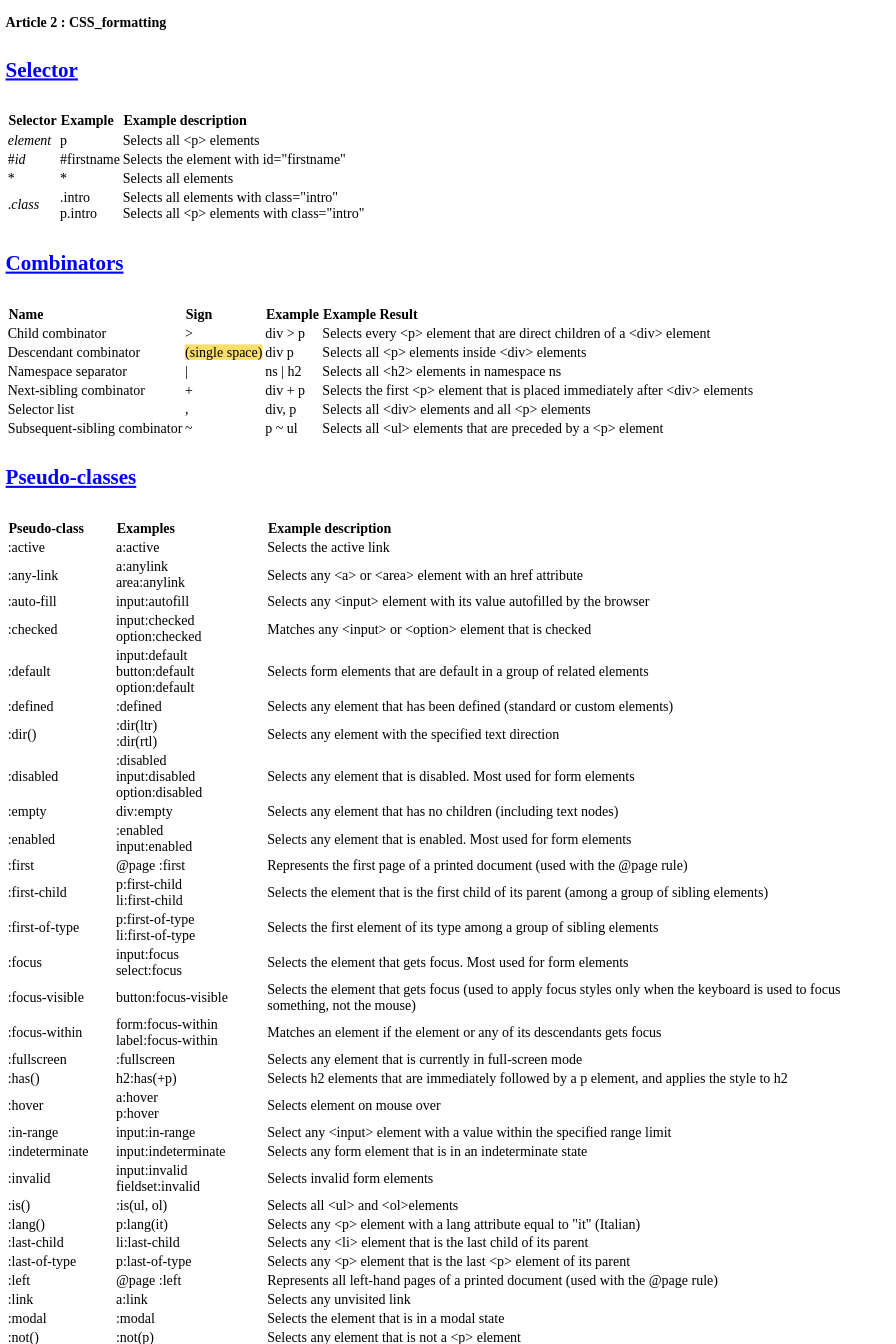
Repository: AnnaSpirit/2025_
Page: Bases/CSS_formatting.html
An editor plug-in stored every save of this project. The page is shown before and after the next save, followed by the edit.
The browser window is 1280 px wide. The pictures show the part of the page from y = 0 to 1920 px (the page is 3365 px tall before and 2464 px after), at 70% of full size.

Above is the page before, as saved 2025-01-09 14:23:37.

### Bases/CSS_formatting.html
<!DOCTYPE html>
<html lang="en">
<head>
	<meta charset="UTF-8">
	<meta name="viewport" content="width=device-width, initial-scale=1.0">
	<title>CSS_formatting</title>
	<style>
		*{
			font-size: 20px;
		}
		th{
		table-layout: auto;
		display: table-cell;
		vertical-align: middle;
		font-weight: bold;
		padding: 2px;
		text-align:justify;
		font-size: 20px;
		}
		.subSection{
			color: blue;
			font-weight: bold;
			text-decoration: underline;
			font-size: 30px;
		}
		mark{
			background-color: rgb(250, 222, 108);
		}
	</style>
</head>
<body>
<h3>Article 2 : CSS_formatting</h3>
<h4 class = "subSection">Selector</h4>
<table>
<tr>
	<th>Selector</th>
	<th>Example</th>
	<th>Example description</th>
</tr>
<tr>
	<td><i>element</i></td>
	<td>p</td>
	<td>Selects all &lt;p&gt; elements</td>
</tr>
<tr>
	<td>#<i>id</i></td>
	<td>#firstname</td>
	<td>Selects the element with id="firstname"</td>
</tr>
<tr>
	<td>*</td>
	<td>*</td>
	<td>Selects all elements</td>
</tr>
<tr>
	<td>.<i>class</i></td>
	<td>.intro<br>p.intro</td>
	<td>Selects all elements with class="intro"<br>Selects all &lt;p&gt; elements with class="intro"
	</td>
</tr>
</table>
<h4 class = "subSection">Combinators</h4>
<table>
<tbody>
	<tr>
		<th>Name</th>
		<th>Sign</th>
		<th>Example</th>
		<th>Example Result</th>
	</tr>
	<tr>
		<td>Child combinator</td>
		<td>&gt;</td>
		<td>div &gt; p</td>
		<td>Selects every &lt;p&gt; element that are direct children of a &lt;div&gt; element</td>
	</tr>
	<tr>
		<td>Descendant combinator</td>
		<td><mark>(single space)</mark></td>
		<td>div p</td>
		<td>Selects all &lt;p&gt; elements inside &lt;div&gt; elements</td>
	</tr>
	<tr>
		<td>Namespace separator</td>
		<td>|</td>
		<td>ns | h2</td>
		<td>Selects all &lt;h2&gt; elements in namespace ns</td>
	</tr>
	<tr>
		<td>Next-sibling combinator</td>
		<td>+</td>
		<td>div + p</td>
		<td>Selects the first &lt;p&gt; element that is placed immediately after &lt;div&gt; elements</td>
	</tr>
	<tr>
		<td>Selector list</td>
		<td>,</td>
		<td>div, p</td>
		<td>Selects all &lt;div&gt; elements and all &lt;p&gt; elements</td>
	</tr>
	<tr>
		<td>Subsequent-sibling combinator</td>
		<td>~</td>
		<td>p ~ ul</td>
		<td>Selects all &lt;ul&gt; elements that are preceded by a &lt;p&gt; element</td>
	</tr>
</tbody>
</table>
<h4 class = "subSection">Pseudo-classes</h4>
<table>
<tr>
	<th>Pseudo-class</th>
	<th>Examples</th>
	<th>Example description</th>
</tr>
<tr>
	<td>:active</td>
	<td>a:active</td>
	<td>Selects the active link</td>
</tr>
<tr>
	<td>:any-link</td>
	<td>a:anylink<br>area:anylink</td>
	<td>Selects any &lt;a&gt; or &lt;area&gt; element with an href attribute</td>
</tr>
<tr>
	<td>:auto-fill</td>
	<td>input:autofill</td>
	<td>Selects any &lt;input&gt; element with its value autofilled by the
		browser</td>
</tr>
<tr>
	<td>:checked</td>
	<td>input:checked<br>option:checked</td>
	<td>Matches any &lt;input&gt; or &lt;option&gt; element that is checked</td>
</tr>
<tr>
	<td>:default</td>
	<td>input:default<br>button:default<br>option:default</td>
	<td>Selects form elements that are default in a group of related elements</td>
</tr>
<tr>
	<td>:defined</td>
	<td>:defined</td>
	<td>Selects any element that has been defined (standard or custom
		elements)</td>
</tr>
<tr>
	<td>:dir()</td>
	<td>:dir(ltr)<br>:dir(rtl)</td>
	<td>Selects any element with the specified text direction</td>
</tr>
<tr>
	<td>:disabled</td>
	<td>:disabled<br>input:disabled<br>option:disabled</td>
	<td>Selects any element that is disabled. Most used for form elements</td>
</tr>
<tr>
	<td>:empty</td>
	<td>div:empty</td>
	<td>Selects any element that has no children (including text nodes)</td>
</tr>
<tr>
	<td>:enabled</td>
	<td>:enabled<br>input:enabled</td>
	<td>Selects any element that is enabled. Most used for form elements</td>
</tr>
<tr>
	<td>:first</td>
	<td>@page :first</td>
	<td>Represents the first page of a printed document (used with the @page
		rule)</td>
</tr>
<tr>
	<td>:first-child</td>
	<td>p:first-child<br>li:first-child</td>
	<td>Selects the element that is the first child of its parent (among a group
		of sibling elements)</td>
</tr>
<tr>
	<td>:first-of-type</td>
	<td>p:first-of-type<br>li:first-of-type</td>
	<td>Selects the first element of its type among a group of sibling elements</td>
</tr>
<tr>
	<td>:focus</td>
	<td>input:focus<br>select:focus</td>
	<td>Selects the element that gets focus. Most used for form elements</td>
</tr>
<tr>
	<td>:focus-visible</td>
	<td>button:focus-visible</td>
	<td>Selects the element that gets focus (used to apply focus styles only
		when the keyboard is used to focus something, not the mouse)</td>
</tr>
<tr>
	<td>:focus-within</td>
	<td>form:focus-within<br>label:focus-within</td>
	<td>Matches an element if the element or any of its descendants gets focus</td>
</tr>
<tr>
	<td>:fullscreen</td>
	<td>:fullscreen</td>
	<td>Selects any element that is currently in full-screen mode</td>
</tr>
<tr>
	<td>:has()</td>
	<td>h2:has(+p)</td>
	<td>Selects h2 elements that are immediately followed by a p element, and
		applies the style to h2</td>
</tr>
<tr>
	<td>:hover</td>
	<td>a:hover<br>p:hover</td>
	<td>Selects element on mouse over</td>
</tr>
<tr>
	<td>:in-range</td>
	<td>input:in-range</td>
	<td>Select any &lt;input&gt; element with a value within the specified range
		limit</td>
</tr>
<tr>
	<td>:indeterminate</td>
	<td>input:indeterminate</td>
	<td>Selects any form element that is in an indeterminate state</td>
</tr>
<tr>
	<td>:invalid</td>
	<td>input:invalid<br>fieldset:invalid</td>
	<td>Selects invalid form elements</td>
</tr>
<tr>
	<td>:is()</td>
	<td>:is(ul, ol)</td>
	<td>Selects all &lt;ul&gt; and &lt;ol&gt;elements</td>
</tr>
<tr>
	<td>:lang()</td>
	<td>p:lang(it)</td>
	<td>Selects any &lt;p&gt; element with a lang attribute equal to "it" (Italian)</td>
</tr>
<tr>
	<td>:last-child</td>
	<td>li:last-child</td>
	<td>Selects any &lt;li&gt; element that is the last child of its parent</td>
</tr>
<tr>
	<td>:last-of-type</td>
	<td>p:last-of-type</td>
	<td>Selects any &lt;p&gt; element that is the last &lt;p&gt; element of its parent</td>
</tr>
<tr>
	<td>:left</td>
	<td>@page :left</td>
	<td>Represents all left-hand pages of a printed document (used with the @page
		rule)</td>
</tr>
<tr>
	<td>:link</td>
	<td>a:link</td>
	<td>Selects any unvisited link</td>
</tr>
<tr>
	<td>:modal</td>
	<td>:modal</td>
	<td>Selects the element that is in a modal state</td>
</tr>
<tr>
	<td>:not()</td>
	<td>:not(p)</td>
	<td>Selects any element that is not a &lt;p&gt; element</td>
</tr>
<tr>
	<td>:nth-child()</td>
	<td>p:nth-child(2)</td>
	<td>Selects any &lt;p&gt; element that is the second child of its parent</td>
</tr>
<tr>
	<td>:nth-last-child()</td>
	<td>p:nth-last-child(2)</td>
	<td>Selects any &lt;p&gt; element that is the second child of its parent, counting from the
		end</td>
</tr>
<tr>
	<td>:nth-last-of-type()</td>
	<td>p:nth-last-of-type(2)</td>
	<td>Selects any &lt;p&gt; element that is the second &lt;p&gt; element of its parent, counting from the
		end</td>
</tr>
<tr>
	<td>:nth-of-type()</td>
	<td>p:nth-of-type(2)</td>
	<td>Selects any &lt;p&gt; element that is the second &lt;p&gt; element of its parent</td>
</tr>
<tr>
	<td>:only-child</td>
	<td>p:only-child</td>
	<td>Selects any &lt;p&gt; element that is the only child of its parent</td>
</tr>
<tr>
	<td>:only-of-type</td>
	<td>p:only-of-type</td>
	<td>Selects any &lt;p&gt; element that is the only &lt;p&gt; element of its parent</td>
</tr>
<tr>
	<td>:optional</td>
	<td>input:optional<br>select:optional<br>textarea:optional</td>
	<td>Selects any &lt;input&gt;, &lt;select&gt;, or &lt;textarea&gt; elements without
		a "required" attribute</td>
</tr>
<tr>
	<td>:out-of-range</td>
	<td>input:out-of-range</td>
	<td>Selects any &lt;input&gt; element with a value outside the specified range
		limit</td>
</tr>
<tr>
	<td>:placeholder-shown</td>
	<td>input:placeholder-shown<br>
		textarea:placeholder-shown</td>
	<td>Selects any &lt;input&gt; or &lt;textarea&gt; element that is currently displaying
		placeholder text</td>
</tr>
<tr>
	<td>:popover-open</td>
	<td>:popover-open</td>
	<td>Selects any element that is in a showing popover state</td>
</tr>
<tr>
	<td>:read-only</td>
	<td>input:read-only</td>
	<td>Selects input elements with the "readonly" attribute specified</td>
</tr>
<tr>
	<td>:read-write</td>
	<td>input:read-write</td>
	<td>Selects editable input elements</td>
</tr>
<tr>
	<td>:required</td>
	<td>input:required</td>
	<td>Selects input elements with the "required" attribute specified</td>
</tr>
<tr>
	<td>:right</td>
	<td>@page :right</td>
	<td>Represents all right-hand pages of a printed document (used with the @page
		rule)</td>
</tr>
<tr>
	<td>:root</td>
	<td>:root</td>
	<td>Selects the document's root element</td>
</tr>
<tr>
	<td>:scope</td>
	<td>:scope</td>
	<td>Selects elements that are a reference point, or scope, for selectors to
		match against</td>
</tr>
<tr>
	<td>:state()</td>
	<td>:state()</td>
	<td>Selects custom elements that have the specified custom state</td>
</tr>
<tr>
	<td>:target</td>
	<td>:target </td>
	<td>Selects the current active target element</td>
</tr>
<tr>
	<td>:user-invalid</td>
	<td>:user-invalid</td>
	<td>Selects any form element with an invalid value (after the user have
		interacted with it)</td>
</tr>
<tr>
	<td>:user-valid</td>
	<td>:user-valid</td>
	<td>Selects any form element with a valid value (after the user have
		interacted with it)</td>
</tr>
<tr>
	<td>:valid</td>
	<td>input:valid</td>
	<td>Selects all input elements with a valid value</td>
</tr>
<tr>
	<td>:visited</td>
	<td>a:visited<br>area:visited</td>
	<td>Selects all visited links</td>
</tr>
<tr>
	<td>:where()</td>
	<td>:where(ol, ul)</td>
	<td>Selects all &lt;ul&gt; and &lt;ol&gt;elements</td>
</tr>
</table>
<h4 class = "subSection">Pseudo-elements</h4>
<table>
	<tr>
		<th>Pseudo-element</th>
		<th>Example</th>
		<th>Example description</th>
	</tr>
	<tr>
		<td>::after</td>
		<td>p::after<br>div::after</td>
		<td>Inserts something after the content of the specified element</td>
	</tr>
	<tr>
		<td>::backdrop</td>
		<td>dialog::backdrop</td>
		<td>Styles the viewbox behind a dialog box or popover element</td>
	</tr>
	<tr>
		<td>::before</td>
		<td>p::before<br>div::before</td>
		<td>Inserts something before the content of the specified element</td>
	</tr>
	<tr>
		<td>::file-selector-button</td>
		<td>::file-selector-button</td>
		<td>Selects any button of type &lt;input type="file"&gt;</td>
	</tr>
	<tr>
		<td>::first-letter</td>
		<td>p::first-letter</td>
		<td>Selects the first letter of every &lt;p&gt; element</td>
	</tr>
	<tr>
		<td>::first-line</td>
		<td>p::first-line</td>
		<td>Selects the first line of every &lt;p&gt; element</td>
	</tr>
	<tr>
		<td>::grammar-error</td>
		<td>::grammar-error</td>
		<td>Styles a text that the browser has flagged as grammatically incorrect</td>
	</tr>
	<tr>
		<td>::highlight()</td>
		<td>::highlight(custom-name)</td>
		<td>Selects a custom highlight</td>
	</tr>
	<tr>
		<td>::marker</td>
		<td>::marker</td>
		<td>Selects the markers of list items</td>
	</tr>
	<tr>
		<td>::placeholder</td>
		<td>input::placeholder<br>textarea::placeholder</td>
		<td>Styles the placeholder text of &lt;input&gt; or &lt;textarea&gt; elements</td>
	</tr>
	<tr>
		<td>::selection</td>
		<td>::selection</td>
		<td>Styles the user-selected text</td>
	</tr>
	<tr>
		<td>::spelling-error</td>
		<td>::spelling-error</td>
		<td>Styles a text that the browser has flagged as incorrectly spelled</td>
	</tr>
	<tr>
		<td>::view-transition</td>
		<td>::view-transition</td>
		<td>Represents the root of the view transitions overlay, which contains all
			view transition on the page</td>
	</tr>
	<tr>
		<td>::view-transition-group</td>
		<td>::view-transition-group</td>
		<td>Represents a single view transition snapshot group</td>
	</tr>
	<tr>
		<td>::view-transition-image-pair</td>
		<td>::view-transition-image-pair</td>
		<td>Represents a container for a view transition's "old" and "new" view
			states - before and after the transition</td>
	</tr>
	<tr>
		<td>::view-transition-new</td>
		<td>::view-transition-new</td>
		<td>Represents the "new" view state of a view transition</td>
	</tr>
	<tr>
		<td>::view-transition-old</td>
		<td>::view-transition-old</td>
		<td>Represents the "old" view state of a view transition</td>
	</tr>
</tbody>
</table>
</body>
</html>

After the next save:
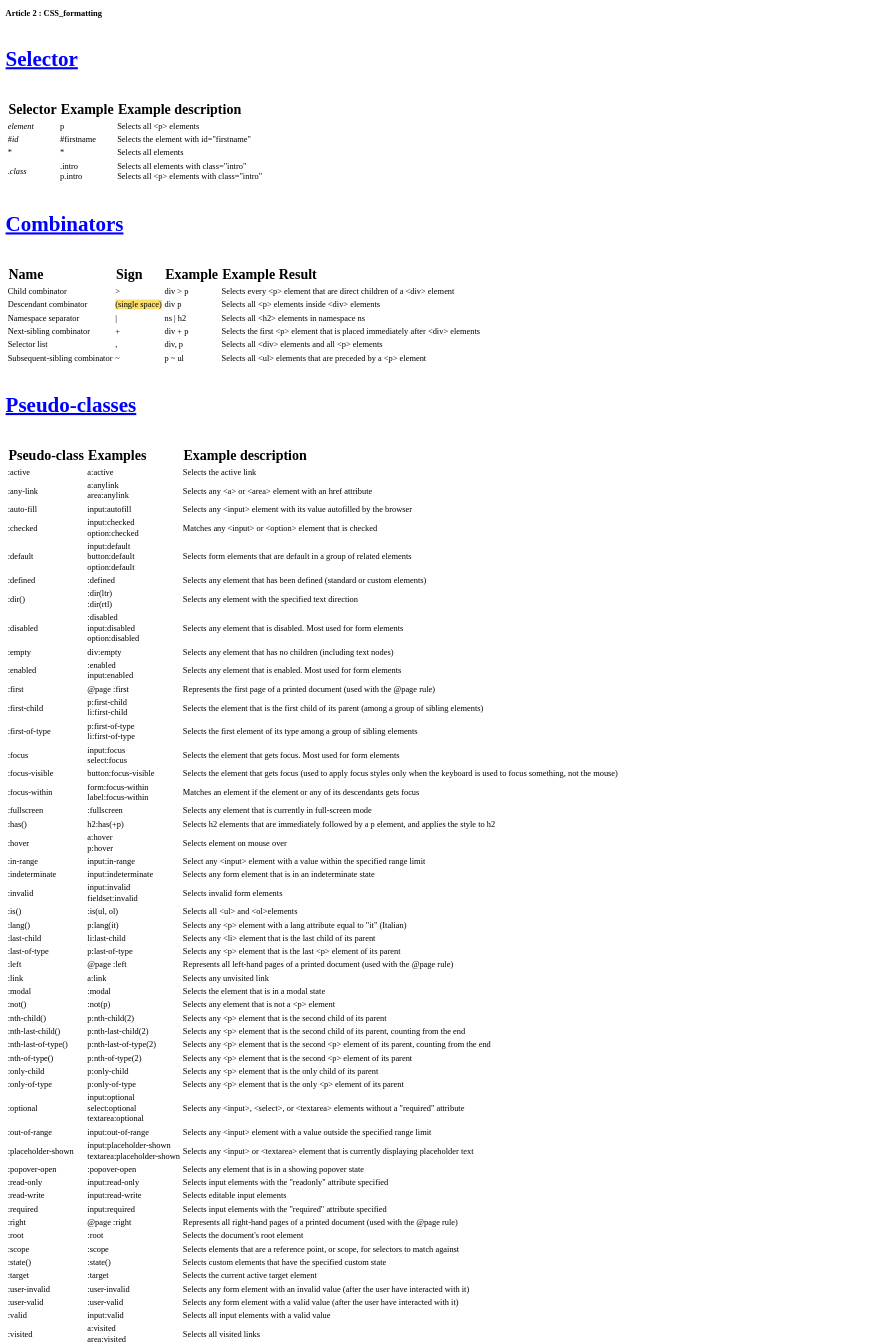
Saved 4 s later.
--- a/Bases/CSS_formatting.html
+++ b/Bases/CSS_formatting.html
@@ -6,7 +6,7 @@
 	<title>CSS_formatting</title>
 	<style>
 		*{
-			font-size: 20px;
+			font-size: 12px;
 		}
 		th{
 		table-layout: auto;
